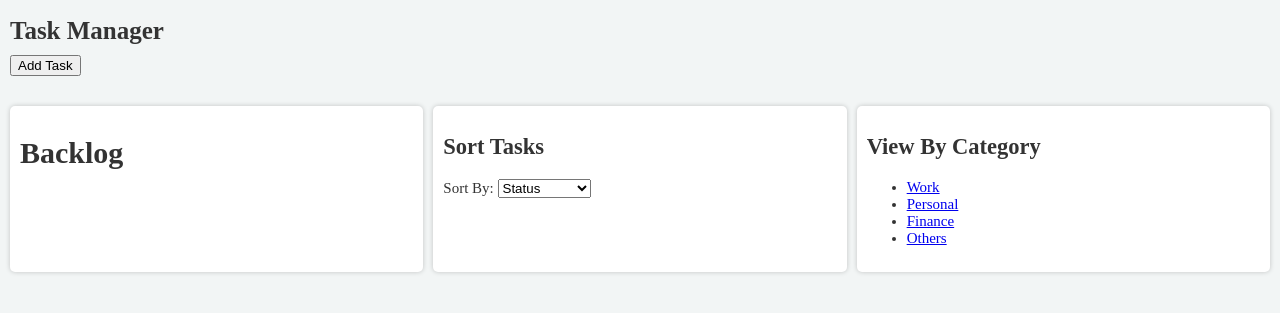
Repository: n-shen/task-tracker
Page: / (app in frontend/)
These files come from the project's save history. The page is drawn as it stood at one moment and after the next save; the edit follows.
The browser window is 1280 px wide. The pictures show the whole page.
The project was rebuilt for these pictures with package versions that can differ from the ones it lists, and the page was loaded fresh each time. Also part of the build but not shown: frontend/src/components/taskManager/addTask.jsx, frontend/src/components/tasks/task.jsx, frontend/src/components/taskManager/categoryTasks.jsx. Imported but missing from the stored project, and not drawn on this page: frontend/src/reportWebVitals.

Above is the page before, as saved 2023-04-20 13:21:29.

### frontend/public/index.html
<!DOCTYPE html>
<html lang="en">
  <head>
    <meta charset="utf-8" />
    <link rel="icon" href="%PUBLIC_URL%/favicon.ico" />
    <meta name="viewport" content="width=device-width, initial-scale=1" />
    <meta name="theme-color" content="#000000" />
    <meta
      name="description"
      content="Web site created using create-react-app"
    />
    <link rel="apple-touch-icon" href="%PUBLIC_URL%/logo192.png" />
    <!--
      manifest.json provides metadata used when your web app is installed on a
      user's mobile device or desktop. See https://developers.google.com/web/fundamentals/web-app-manifest/
    -->
    <link rel="manifest" href="%PUBLIC_URL%/manifest.json" />
    <!--
      Notice the use of %PUBLIC_URL% in the tags above.
      It will be replaced with the URL of the `public` folder during the build.
      Only files inside the `public` folder can be referenced from the HTML.

      Unlike "/favicon.ico" or "favicon.ico", "%PUBLIC_URL%/favicon.ico" will
      work correctly both with client-side routing and a non-root public URL.
      Learn how to configure a non-root public URL by running `npm run build`.
    -->
    <title>Task Tracker App</title>
  </head>
  <body>
    <noscript>You need to enable JavaScript to run this app.</noscript>
    <div id="root"></div>
    <!--
      This HTML file is a template.
      If you open it directly in the browser, you will see an empty page.

      You can add webfonts, meta tags, or analytics to this file.
      The build step will place the bundled scripts into the <body> tag.

      To begin the development, run `npm start` or `yarn start`.
      To create a production bundle, use `npm run build` or `yarn build`.
    -->
  </body>
</html>

### frontend/src/index.js
import React from "react";
import ReactDOM from "react-dom/client";
import "./styles/index.css";
import App from "./App";
import reportWebVitals from "./reportWebVitals";
import { BrowserRouter } from "react-router-dom";

const root = ReactDOM.createRoot(document.getElementById("root"));
root.render(
  <React.StrictMode>
    <BrowserRouter>
      <App />
    </BrowserRouter>
  </React.StrictMode>
);

// If you want to start measuring performance in your app, pass a function
// to log results (for example: reportWebVitals(console.log))
// or send to an analytics endpoint. Learn more: https://bit.ly/CRA-vitals
reportWebVitals();

### frontend/src/styles/index.css
body {
  margin: 0;
  font-family: -apple-system, BlinkMacSystemFont, 'Segoe UI', 'Roboto', 'Oxygen',
    'Ubuntu', 'Cantarell', 'Fira Sans', 'Droid Sans', 'Helvetica Neue',
    sans-serif;
  -webkit-font-smoothing: antialiased;
  -moz-osx-font-smoothing: grayscale;
  background-color: #f2f5f5;
}

code {
  font-family: source-code-pro, Menlo, Monaco, Consolas, 'Courier New',
    monospace;
}

html {
  font-size: 62.5%;
}

### frontend/src/App.js
import React from "react";
import TaskManager from "./components/taskManager/manager";


function App() {
  return (
    <div className="App">
      <TaskManager />
    </div>
  );
}

export default App;

### frontend/src/components/taskManager/manager.jsx
import React, { useState, useEffect } from "react";
import AddTaskForm from "./addTask";
import TaskList from "../tasks/taskLists";
import SortTasks from "./sortTasks";
import ViewByCategory from "./viewByCategory";
import CategoryTask from "./categoryTasks";
import { Routes, Route } from "react-router-dom";
import "../../styles/manager.css";

const TaskManager = () => {
  const [tasks, setTasks] = useState(
    JSON.parse(localStorage.getItem("tasks")) || []
  );
  const [showAddTask, setShowAddTask] = useState(false);

  useEffect(() => {
    localStorage.setItem("tasks", JSON.stringify(tasks));
  }, [tasks]);

  const handleAddTask = (task) => {
    setTasks([...tasks, task]);
    setShowAddTask(false);
  };

  const handleShowAddTask = () => {
    setShowAddTask(true);
  };

  const handleHideAddTask = () => {
    setShowAddTask(false);
  };

  const handleDeleteTask = (index) => {
    const newTasks = [...tasks];
    newTasks.splice(index, 1);
    setTasks(newTasks);
  };

  const handleEditTask = (index, newTask) => {
    const newTasks = [...tasks];
    newTasks[index] = newTask;
    setTasks(newTasks);
  };

  return (
    <div className="taskManager">
      <div className="taskManager--wrapper">
        <h1 className="taskManager--title">Task Manager</h1>
          <div className="taskManager--addTask">
            <div className="taskManager--addTask__btn">
              <button onClick={handleShowAddTask} className="addTask-btn">
                Add Task
              </button>
            </div>
            <div className="taskManager--addTask__container">
              {showAddTask && (
                <AddTaskForm
                  onAdd={handleAddTask}
                  onHideAddTask={handleHideAddTask}
                />
              )}
            </div>
          </div>
          <div className="taskManager--grid">
          <div className="taskManager--taskList">
            <TaskList
              tasks={tasks}
              onDelete={handleDeleteTask}
              onEdit={handleEditTask}
            />
          </div>
          <div className="taskManager--sort">
            <SortTasks tasks={tasks} />
          </div>
          <div className="taskManager--view">
            <Routes>
              <Route path="/" element={<ViewByCategory tasks={tasks} />} />
              <Route
                path="/category/:category"
                element={<CategoryTask tasks={tasks} />}
              />
            </Routes>
          </div>
        </div>
      </div>
    </div>
  );
};

export default TaskManager;

### frontend/src/components/tasks/taskLists.jsx

import React from "react";
import Task from "./task";

const TaskList = ({ tasks, onDelete, onEdit }) => {
  return (
    <div>
      <h1 className="">Backlog</h1>
      {tasks.map((task, index) => (
        <Task
          key={index}
          index={index}
          task={task}
          onDelete={onDelete}
          onEdit={onEdit}
        />
      ))}
    </div>
  );
};

export default TaskList;

### frontend/src/components/taskManager/sortTasks.jsx
import { React, useState } from "react";

const SortTask = ({ tasks }) => {
  const [sortBy, setSortBy] = useState("status");

  const sortedTasks =
    tasks?.slice().sort((a, b) => {
      switch (sortBy) {
        case "title":
          return a.title.localeCompare(b.title);
        case "status":
          return a.status.localeCompare(b.status);
        case "dateAdded":
          return new Date(a.dateAdded) - new Date(b.dateAdded);
        case "dueDate":
          return new Date(a.dueDate) - new Date(b.dueDate);
        case "category":
          return a.category.localeCompare(b.category);
        default:
          return 0;
      }
    }) || [];

  const handleSortBy = (e) => {
    setSortBy(e.target.value);
  };

  return (
    <div>
      <h2>Sort Tasks</h2>
      <div>
        <label htmlFor="sort">Sort By: </label>
        <select name="sort" value={sortBy} onChange={handleSortBy}>
          <option value="title">Title</option>
          <option value="status">Status</option>
          <option value="dateAdded">Date Added</option>
          <option value="dueDate">Due Date</option>
        </select>
      </div>
      <div>
        <ul>
          {sortedTasks.map((task, index) => (
            <li key={index}>
              <h4>{task.title}</h4>
              <p>{task.description}</p>
              <p>Status: {task.status}</p>
              <p>Date Added: {task.dateAdded}</p>
              <p>Due Date: {task.dueDate}</p>
              <p>Category: {task.category}</p>
            </li>
          ))}
        </ul>
      </div>
    </div>
  );
};

export default SortTask;

### frontend/src/components/taskManager/viewByCategory.jsx
import React from "react";
import { Link, useParams } from "react-router-dom";

const ViewByCategory = ({ tasks }) => {
  const categories = ["Work", "Personal", "Finance", "Others"];
  const { category } = useParams();

  const tasksByCategory = (category) => {
    return tasks.filter((task) => task.category === category);
  };

  return (
    <div>
      <h2>View By Category</h2>
      <ul>
        {categories.map((categoryName) => (
          <li key={categoryName}>
            <Link to={`/category/${categoryName}`}>
              {categoryName}
            </Link>
          </li>
        ))}
      </ul>
      {category && (
        <div>
          <h3>{category}</h3>
          <ul>
            {tasksByCategory(category).map((task, index) => (
              <li key={index}>
                <div>Title: {task.title}</div>
                <div>Description: {task.description}</div>
                <div>Status: {task.status}</div>
                <div>Due Date: {task.dueDate}</div>
                <div>Category: {task.category}</div>
              </li>
            ))}
          </ul>
        </div>
      )}
    </div>
  );
};

export default ViewByCategory;

### frontend/src/styles/manager.css
.taskManager {
    background-color: #f2f5f5;
    width: 100vw;
    min-height: 100vh;
    display: flex;
    flex-direction: column;
    font-family: 'Fira Sans';
    font-size: 1.5rem;
    font-weight: 400;
    color: #333;
}

.taskManager--wrapper {
    padding: 0 1rem;
}

.taskManager--title {
    font-size: 2.5rem;
    font-weight: 700;
    margin-bottom: 1rem;
}

.taskManager--grid {
    display: grid;
    grid-template-columns: repeat(3, minmax(min-content, 1fr));
    grid-gap: 1rem;
    width: 100%;
    padding-top: 3rem;
}

.taskManager--grid > div {
    background-color: #fff;
    border-radius: 0.5rem;
    padding: 1rem;
    box-shadow: 0 0 0.5rem rgba(0, 0, 0, 0.2);
}

After the next save:
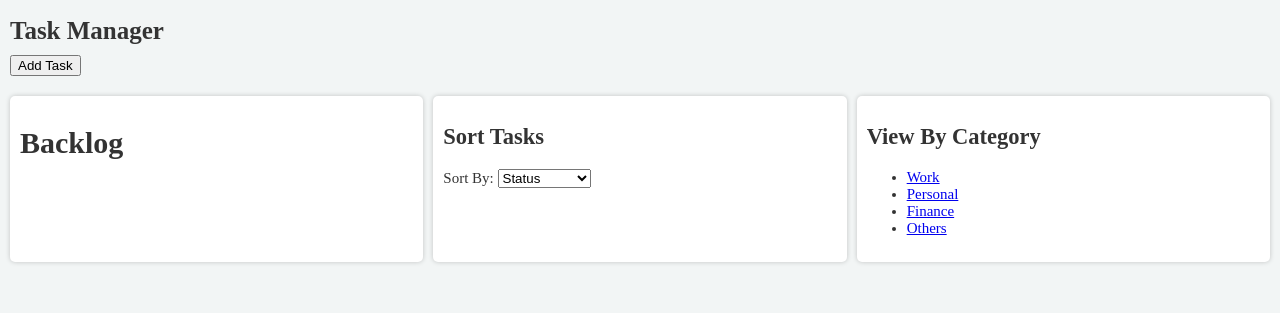
Saved 5 s later.
--- a/frontend/src/styles/manager.css
+++ b/frontend/src/styles/manager.css
@@ -25,7 +25,7 @@
     grid-template-columns: repeat(3, minmax(min-content, 1fr));
     grid-gap: 1rem;
     width: 100%;
-    padding-top: 3rem;
+    padding-top: 2rem;
 }
 
 .taskManager--grid > div {
